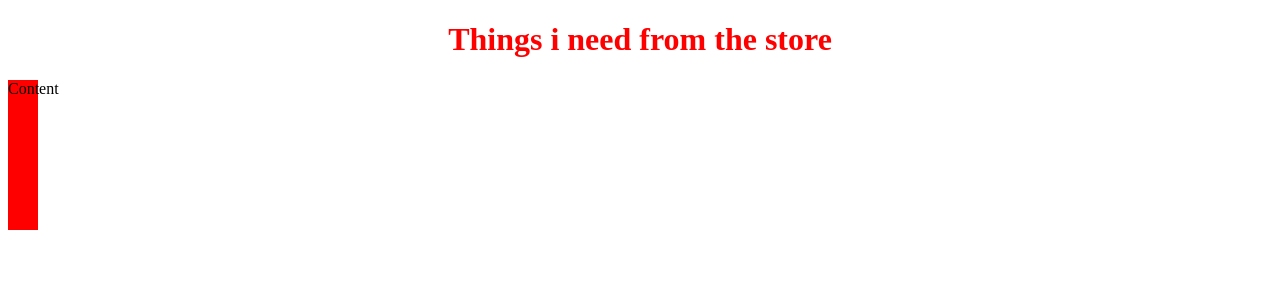
Repository: TheTroyPhillips/Block14
Page: Coursework/Block06/index.html
These files come from the project's save history. The page is drawn as it stood at one moment and after the next save; the edit follows.
The browser window is 1280 px wide. The pictures show the whole page.

Above is the page before, as saved 2023-08-29 17:16:44.

### Coursework/Block06/index.html
<!DOCTYPE html>
<html lang="en">
<head>
    <meta charset="UTF-8">
    <meta name="viewport" content="width=device-width, initial-scale=1.0">
    <title>Troy's Grocery List</title>
    <link rel="stylesheet" href="styles.css">
</head>
<body>
    <h1> Things i need from the store</h1>
    <div class="Box Red"> Content </div>


</body>
</html>

### Coursework/Block06/styles.css
h1 {
    color: red;
    text-align: center;
}
.Box{
    width: 30px;
    height:150px;
    color: black;
    background-color: aqua;
}
.Red{
    background-color: red;
}

After the next save:
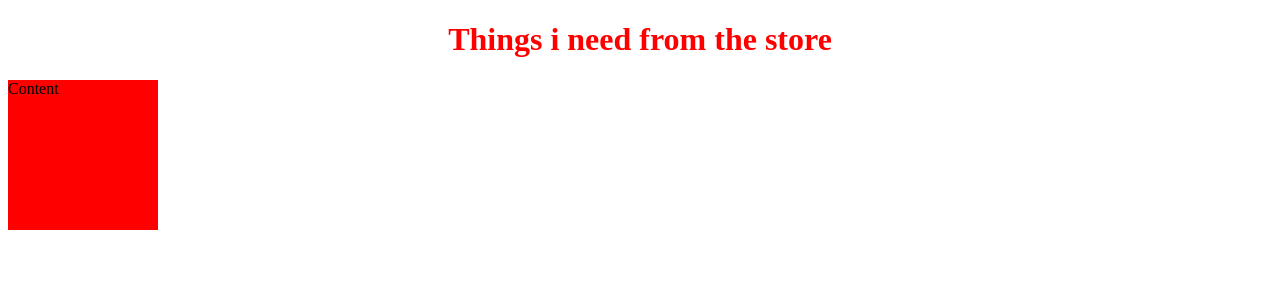
Saved 4 s later.
--- a/Coursework/Block06/styles.css
+++ b/Coursework/Block06/styles.css
@@ -3,7 +3,7 @@ h1 {
     text-align: center;
 }
 .Box{
-    width: 30px;
+    width: 150px;
     height:150px;
     color: black;
     background-color: aqua;
